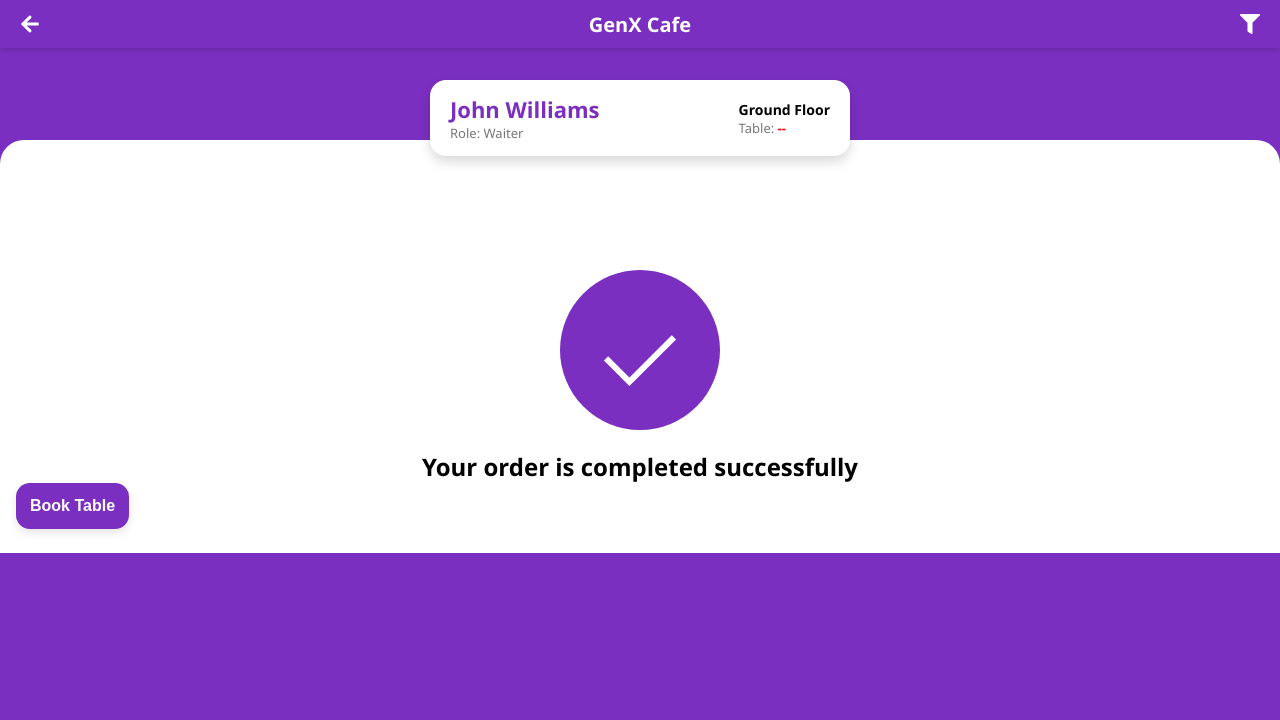
Repository: rajeshwaranslv/sturdy-spork-genx-frontend
Page: /success
The author's editor kept a copy of each file at every save. The page is drawn from the files as they stood at one save, then again after the next save.
The browser window is 1280 px wide. The pictures show the whole page.
The project was rebuilt for these pictures with package versions that can differ from the ones it lists, and the page was loaded fresh each time. Also part of the build but not shown: src/components/TableSelection.js, src/components/menu.css, src/components/MenuSelection.js, src/components/order.css, src/components/OrderReview.js, src/components/Billing.js.

Above is the page before, as saved 2025-07-16 17:42:31.

### src/App.js
import React from 'react';
import { BrowserRouter as Router, Route, Switch } from 'react-router-dom';
import TableSelection from './components/TableSelection';
import MenuSelection from './components/MenuSelection';
import OrderReview from './components/OrderReview';
import Billing from './components/Billing';
import Success from './components/Success';

export default function App() {
  return (
    <Router>
      <Switch>
        <Route exact path="/" component={TableSelection} />
        <Route path="/menu/:tableId" component={MenuSelection} />
   <Route path="/orders/:orderId" component={OrderReview} />

        <Route path="/billing/:orderId" component={Billing} />
        <Route path="/success" component={Success} />
      </Switch>
    </Router>
  );
}

### src/components/Success.js
import React, { useEffect } from 'react';
import { withRouter } from 'react-router-dom';
import { updateTableStatus } from '../services/api';
import { FaArrowLeft, FaFilter } from 'react-icons/fa';
import './success.css';

function Success({ history, location }) {
  const tableId = location.state?.tableId;

  useEffect(() => {
    if (tableId) {
      updateTableStatus(tableId, { status: 'available' })
        .then(() => console.log(`✅ Table ${tableId} marked available`))
        .catch(err => console.error('❌ Failed to update table status:', err));
    }
  }, [tableId]);

  const waiter = {
    name: 'John Williams',
    role: 'Waiter',
    floor: 'Ground Floor',
    tableId: tableId ?? '--',
  };

  return (
    <div className="container-fluid">
      {/* ✅ Header */}
      <div className="header-bar">
        <FaArrowLeft className="icon" onClick={() => history.push('/')} />
        <h2>GenX Cafe</h2>
        <FaFilter className="icon" />
      </div>

      {/* ✅ Waiter Card */}
      <div className="waiter-card">
        <div className="waiter-left">
          <strong className="waiter-name">{waiter.name}</strong>
          <div className="waiter-role">Role: {waiter.role}</div>
        </div>
        <div className="waiter-right">
          <div className="floor-label">{waiter.floor}</div>
          <div className="orders-count">
            Table: <span className="order-red">{waiter.tableId}</span>
          </div>
        </div>
      </div>

      {/* ✅ Success Body */}
      <div className="table-section">
        <div className="checkmark-circle">
          <div className="checkmark" />
        </div>
        <h2 className="success-text" style={{textAlign:"center"}}>Your order is completed successfully</h2>
              {/* ✅ Footer Button */}
      <button className="footer-btn" onClick={() => history.push('/')}>
        Book Table
      </button>
      </div>


    </div>
  );
}

export default withRouter(Success);

### src/services/api.js
import axios from 'axios';

const API = axios.create({
  baseURL: 'http://localhost:3001/',
});

export const getTables = () => API.get('/tables');
export const getTableDetails = (id) => API.get(`/tables/${id}`);
export const getFoodItems = () => API.get('/foodItems');

export const placeOrder = (data) => API.post('/orders', data);
export const updateOrderItemStatus = (id, payload) => API.patch(`/orders/${id}`, payload);
export const getOrder = (id) => API.get(`/orders/${id}`);
export const generateBill = (data) => API.post('/bills', data);

// ✅ NEW: Update table status
export const updateTableStatus = (id, payload) => API.patch(`/tables/${id}`, payload);

### src/components/style.css

*{
  margin: 0;
  padding: 0;
}
.container-fluid {
  position: relative;
  background-color: #7a2fc0;
  /* min-height: 100vh; */
  font-family: 'Segoe UI', sans-serif;
  overflow-x: hidden;
}

/* Header */
.header-bar {
  display: flex;
  justify-content: space-between;
  align-items: center;
  padding: 16px;
  color: white;
  background: #7a2fc0;
  position: sticky;
  top: 0;
  z-index: 10;
}

.header-bar h2 {
  margin: 0;
  font-size: 20px;
}

.icon {
  font-size: 18px;
  cursor: pointer;
}

/* Floating Waiter Card */
.waiter-card {
  position: absolute;
  top: 80px;
  left: 50%;
  transform: translateX(-50%);
  z-index: 20;
  background: white;
  border-radius: 16px;
  box-shadow: 0 6px 12px rgba(0, 0, 0, 0.15);
  padding: 14px 20px;
  width: 90%;
  max-width: 360px;
  display: flex;
  justify-content: space-between;
  align-items: center;
}

.waiter-name {
  color: #7a2fc0;
  font-weight: bold;
}

.waiter-role {
  font-size: 12px;
  color: #777;
}

.floor-label {
  font-weight: bold;
  font-size: 14px;
}

.orders-count {
  font-size: 12px;
  color: #777;
}

.order-red {
  color: red;
  font-weight: bold;
}

/* Main White Rounded Table Section */
.table-section {
  background: white;
  margin-top: 140px; /* space for card to float */
  border-top-left-radius: 24px;
  border-top-right-radius: 24px;
  padding: 90px 16px 24px;
  position: relative;
  z-index: 1;
}

/* Legend */
.legend-row {
  display: flex;
  justify-content: center;
  gap: 24px;
  font-size: 14px;
  margin-bottom: 20px;
  flex-wrap: wrap;
}

.legend-item {
  display: flex;
  align-items: center;
  gap: 6px;
}

.legend-dot {
  width: 10px;
  height: 10px;
  border-radius: 50%;
  display: inline-block;
}

.legend-dot.green {
  background-color: green;
}
.legend-dot.purple {
  background-color: purple;
}
.legend-dot.red {
  background-color: red;
}

/* Table Grid */
.table-grid {
  display: grid;
  grid-template-columns: repeat(auto-fit, minmax(110px, 1fr));
  gap: 14px;
  margin-bottom: 16px;
}

/* Table Buttons */
.table-btn {
  padding: 14px 0;
  border-radius: 14px;
  font-size: 16px;
  font-weight: bold;
  border: 2px solid transparent;
  cursor: pointer;
  text-align: center;
  transition: all 0.2s ease-in-out;
}

.table-btn.available {
  color: green;
  border: 2px solid green;
  background-color: white;
}
.table-btn.available:hover {
  background-color: #f0fff0;
}

.table-btn.selected {
  background-color: #7a2fc0;
  color: white;
  border: 2px solid #7a2fc0;
}

.table-btn.occupied {
  background-color: red;
  color: white;
  cursor: not-allowed;
}

/* Select Button */
.select-btn {
  width: 100%;
  padding: 14px;
  border-radius: 14px;
  background-color: #7a2fc0;
  color: white;
  font-size: 16px;
  font-weight: bold;
  border: none;
  cursor: pointer;
  box-shadow: 0 3px 8px rgba(0, 0, 0, 0.1);
}

.select-btn:disabled {
  opacity: 0.5;
  cursor: not-allowed;
}

.select-btn:hover {
  background-color: #6926b2;
}

/* Responsive */
@media (max-width: 480px) {
  .waiter-card {
    flex-direction: column;
    align-items: flex-start;
    padding: 16px;
    gap: 8px;
  }

  .legend-row {
    gap: 10px;
    font-size: 12px;
  }

  .table-btn {
    font-size: 14px;
    padding: 12px 0;
  }
}
/* Floating Waiter Card */
.waiter-card {
  position: absolute;
  top: 80px;
  left: 50%;
  transform: translateX(-50%);
  z-index: 20;
  background: white;
  border-radius: 16px;
  box-shadow: 0 6px 12px rgba(0, 0, 0, 0.15);
  padding: 14px 20px;
  width: 92%;
  max-width: 380px;
  display: flex;
  justify-content: space-between;
  align-items: center;
  transition: all 0.3s ease-in-out;
}

.waiter-name {
  color: #7a2fc0;
  font-weight: bold;
  font-size: 16px;
}

.waiter-role {
  font-size: 13px;
  color: #777;
}

.floor-label {
  font-weight: bold;
  font-size: 14px;
}

.orders-count {
  font-size: 13px;
  color: #777;
}

.order-red {
  color: red;
  font-weight: bold;
}

/* 💻 Tablet and Desktop View - Wider and Bigger Card */
@media (min-width: 768px) {
  .waiter-card {
    max-width: 640px;
    padding: 20px 32px;
  }

  .waiter-name {
    font-size: 20px;
  }

  .waiter-role,
  .orders-count,
  .floor-label {
    font-size: 16px;
  }
}

/* 🖥️ Larger Screens */
@media (min-width: 1024px) {
  .waiter-card {
    max-width: 800px;
    padding: 24px 40px;
  }

  .waiter-name {
    font-size: 22px;
  }

  .waiter-role,
  .orders-count,
  .floor-label {
    font-size: 18px;
  }
}

### src/components/billing.css
/* Base Container */
.container-fluid {
  position: relative;
  background-color: #7a2fc0;
  min-height: 100vh;
  font-family: 'Segoe UI', sans-serif;
  overflow-x: hidden;
}

/* Header */
.header-bar {
  display: flex;
  justify-content: space-between;
  align-items: center;
  padding: 16px;
  color: white;
  background: #7a2fc0;
  position: sticky;
  top: 0;
  z-index: 10;
}

.header-bar h2 {
  margin: 0;
  font-size: 20px;
}

.icon {
  font-size: 18px;
  cursor: pointer;
}

/* Waiter Card */
.waiter-card {
  position: absolute;
  top: 80px;
  left: 50%;
  transform: translateX(-50%);
  z-index: 20;
  background: white;
  border-radius: 16px;
  box-shadow: 0 6px 12px rgba(0, 0, 0, 0.15);
  padding: 14px 20px;
  width: 92%;
  max-width: 380px;
  display: flex;
  justify-content: space-between;
  align-items: center;
}

.waiter-name {
  color: #7a2fc0;
  font-weight: bold;
}

.waiter-role {
  font-size: 13px;
  color: #777;
}

.floor-label {
  font-weight: bold;
  font-size: 14px;
}

.orders-count {
  font-size: 13px;
  color: #777;
}

.order-red {
  color: red;
  font-weight: bold;
}

/* Rounded Section */
.table-section {
  background: white;
  margin-top: 140px;
  border-top-left-radius: 24px;
  border-top-right-radius: 24px;
  padding: 90px 16px 24px;
  position: relative;
  z-index: 1;
}

/* Order List */
.order-list {
  list-style: none;
  padding: 0;
  margin: 0;
}

.item-row {
  display: flex;
  justify-content: space-between;
  margin-bottom: 12px;
  border-bottom: 1px solid #ddd;
  padding-bottom: 10px;
}

.item-info p {
  margin: 4px 0 0;
  color: #666;
}

.qty-controls {
  display: flex;
  align-items: center;
  gap: 8px;
}

/* Quantity Buttons */
.qty-btn {
  background-color: #7a2fc0;
  color: white;
  border: none;
  border-radius: 6px;
  padding: 4px 10px;
  font-size: 16px;
  font-weight: bold;
  cursor: pointer;
  transition: background-color 0.2s ease;
}

.qty-btn:hover {
  background-color: #6926b2;
}

/* Summary */
.invoice-summary {
  margin-top: 24px;
  font-size: 16px;
  background: #f9f9f9;
  padding: 16px;
  border-radius: 12px;
  box-shadow: 0 -2px 6px rgba(0, 0, 0, 0.05);
}

/* Button */
.select-btn {
  width: 100%;
  padding: 14px;
  border-radius: 14px;
  background-color: #7a2fc0;
  color: white;
  font-size: 16px;
  font-weight: bold;
  border: none;
  cursor: pointer;
  margin-top: 20px;
  box-shadow: 0 3px 8px rgba(0, 0, 0, 0.1);
}

.select-btn:hover {
  background-color: #6926b2;
}

### src/components/success.css
/* Container for Success Page */
.success-page {
  min-height: 100vh;
  display: flex;
  flex-direction: column;
  padding-top: 70px; /* space for header */
  align-items: center;
  justify-content: center;
  background-color: #f8f8f8;
  position: relative;
  text-align: center;
  box-sizing: border-box;
}

/* Header Bar */
.header-bar {
  position: fixed;
  top: 0;
  left: 0;
  right: 0;
  background: #7a2fc0;
  color: white ;
  display: flex;
  justify-content: space-between;
  align-items: center;
  padding: 14px 20px;
  z-index: 1000;
  box-shadow: 0 2px 6px rgba(0, 0, 0, 0.15);
}

.header-bar h2 {
  position: absolute;
  left: 50%;
  transform: translateX(-50%);
  margin: 0;
  font-size: 20px;
   color: white !important ;

}

.icon {
  color: white;
  font-size: 20px;
  cursor: pointer;
  z-index: 10;
}

/* Checkmark Animation */
.checkmark-circle {
  width: 160px;
  height: 160px;
  background-color: #7a2fc0;
  border-radius: 50%;
  display: flex;
  align-items: center;
  justify-content: center;
  margin: 40px auto 20px;
  animation: popCircle 0.5s ease-out;
}

.checkmark {
  width: 30px;
  height: 60px;
  border-right: 6px solid white;
  border-bottom: 6px solid white;
  transform: rotate(45deg) scale(0);
  animation: drawCheck 0.4s 0.3s ease forwards;
}

@keyframes popCircle {
  0% {
    transform: scale(0.7);
    opacity: 0;
  }
  100% {
    transform: scale(1);
    opacity: 1;
  }
}

@keyframes drawCheck {
  to {
    transform: rotate(45deg) scale(1);
  }
}

/* Success Message */
.success-page h2 {
  font-size: 18px;
  margin-top: 12px;
  color: #000000;
}

/* Fixed Bottom Button */
.footer-btn {

  padding: 14px;
  font-size: 16px;
  font-weight: bold;
  margin: 0 auto;
  background-color: #7a2fc0;
  color: white;
  border: none;
  border-radius: 14px;
  cursor: pointer;
  box-shadow: 0 4px 8px rgba(0, 0, 0, 0.1);
}

Loaded but not shown: public/index.html (common file); src/index.js (common file)

After the next save:
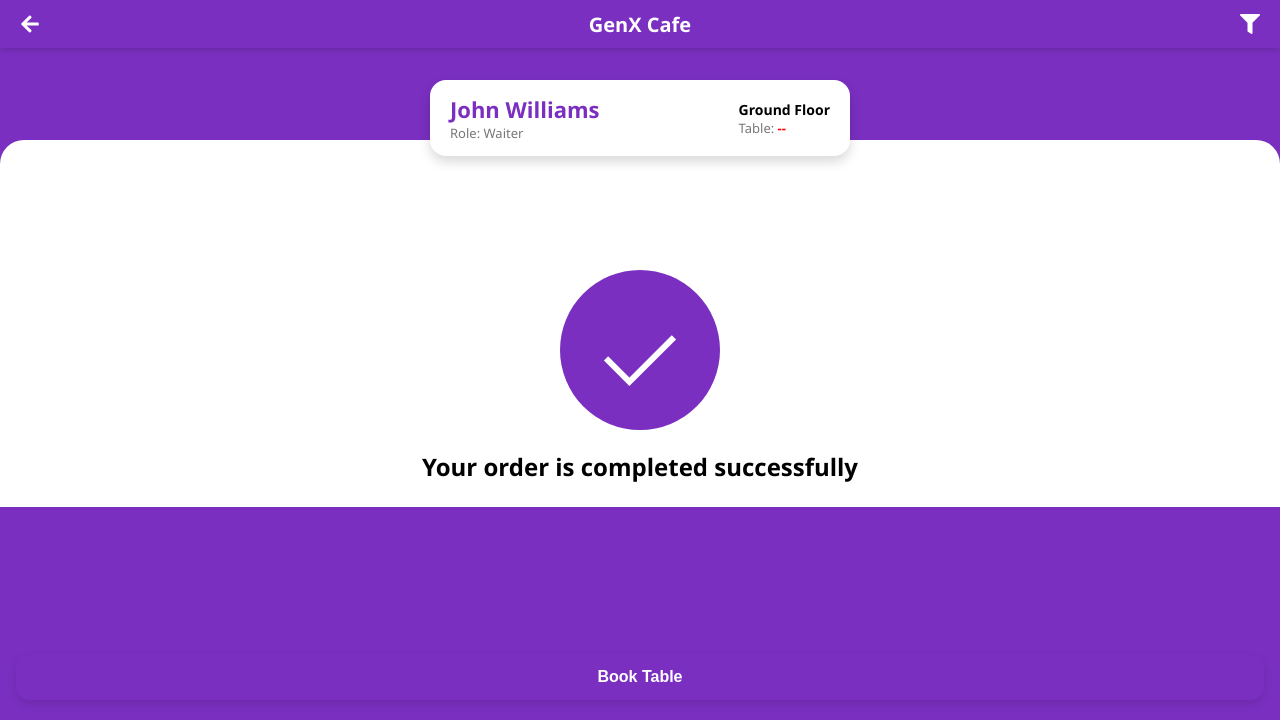
Saved 8 s later.
--- a/src/components/success.css
+++ b/src/components/success.css
@@ -93,11 +93,13 @@
 
 /* Fixed Bottom Button */
 .footer-btn {
-
+  position: fixed;
+  bottom: 20px;
+  left: 16px;
+  right: 16px;
   padding: 14px;
   font-size: 16px;
   font-weight: bold;
-  margin: 0 auto;
   background-color: #7a2fc0;
   color: white;
   border: none;
